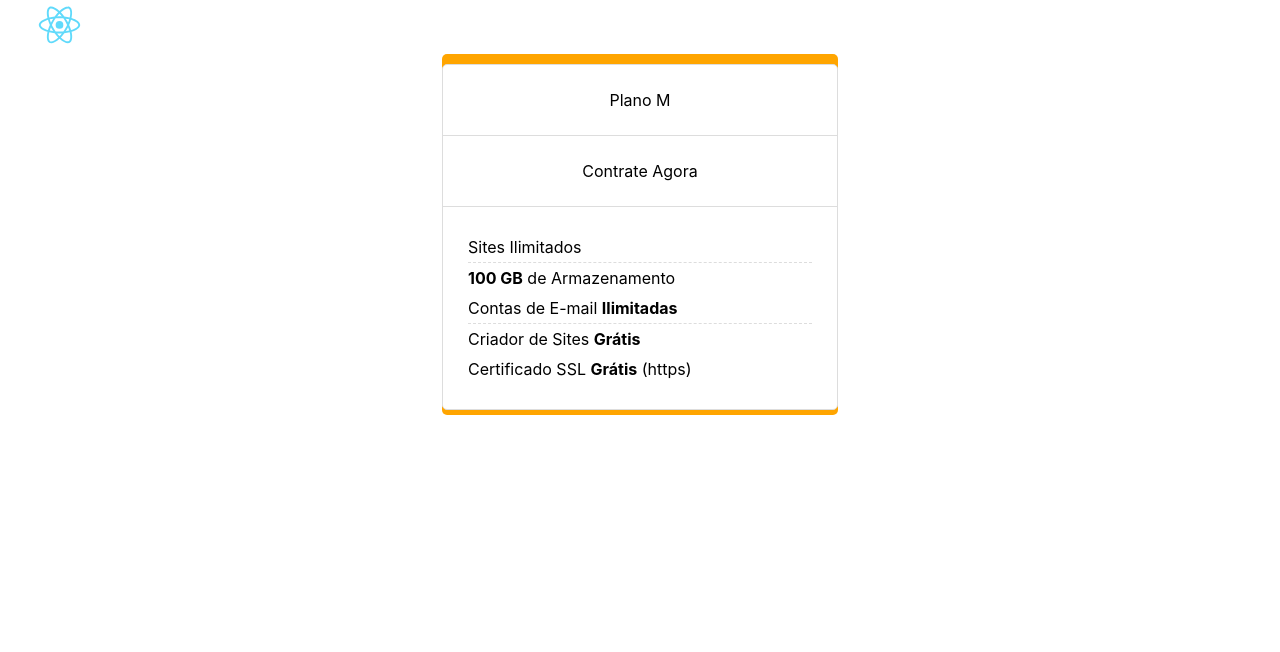
Repository: gatomazi/hostgatorFrontend
Page: /
The author's editor kept a copy of each file at every save. The page is drawn from the files as they stood at one save, then again after the next save.
The browser window is 1280 px wide. The pictures show the whole page.
The project was rebuilt for these pictures with package versions that can differ from the ones it lists, and the page was loaded fresh each time.

Above is the page before, as saved 2020-01-24 11:20:42.

After the next save:
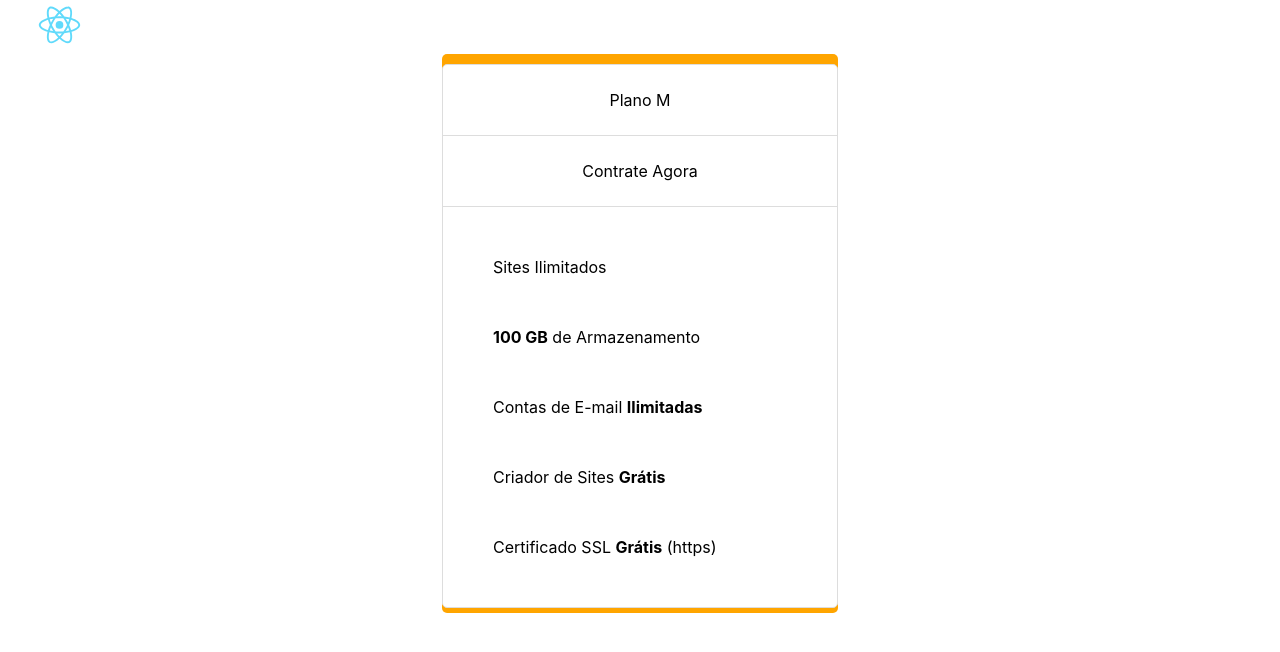
Saved 40 s later.
--- a/src/components/Plano.js
+++ b/src/components/Plano.js
@@ -15,19 +15,19 @@ const Plano = () => {
             <div>Plano M</div>
             <div className="insideDivisor">Contrate Agora</div>
             <div style={{ textAlign: "left" }}>
-              <span>Sites Ilimitados</span>
-              <span>
+              <div>Sites Ilimitados</div>
+              <div>
                 <b>100 GB</b> de Armazenamento
-              </span>
-              <span>
+              </div>
+              <div>
                 Contas de E-mail <b>Ilimitadas</b>
-              </span>
-              <span>
+              </div>
+              <div>
                 Criador de Sites <b>Grátis</b>
-              </span>
-              <span>
+              </div>
+              <div>
                 Certificado SSL <b>Grátis</b> (https)
-              </span>
+              </div>
             </div>
           </div>
         </Grid>
